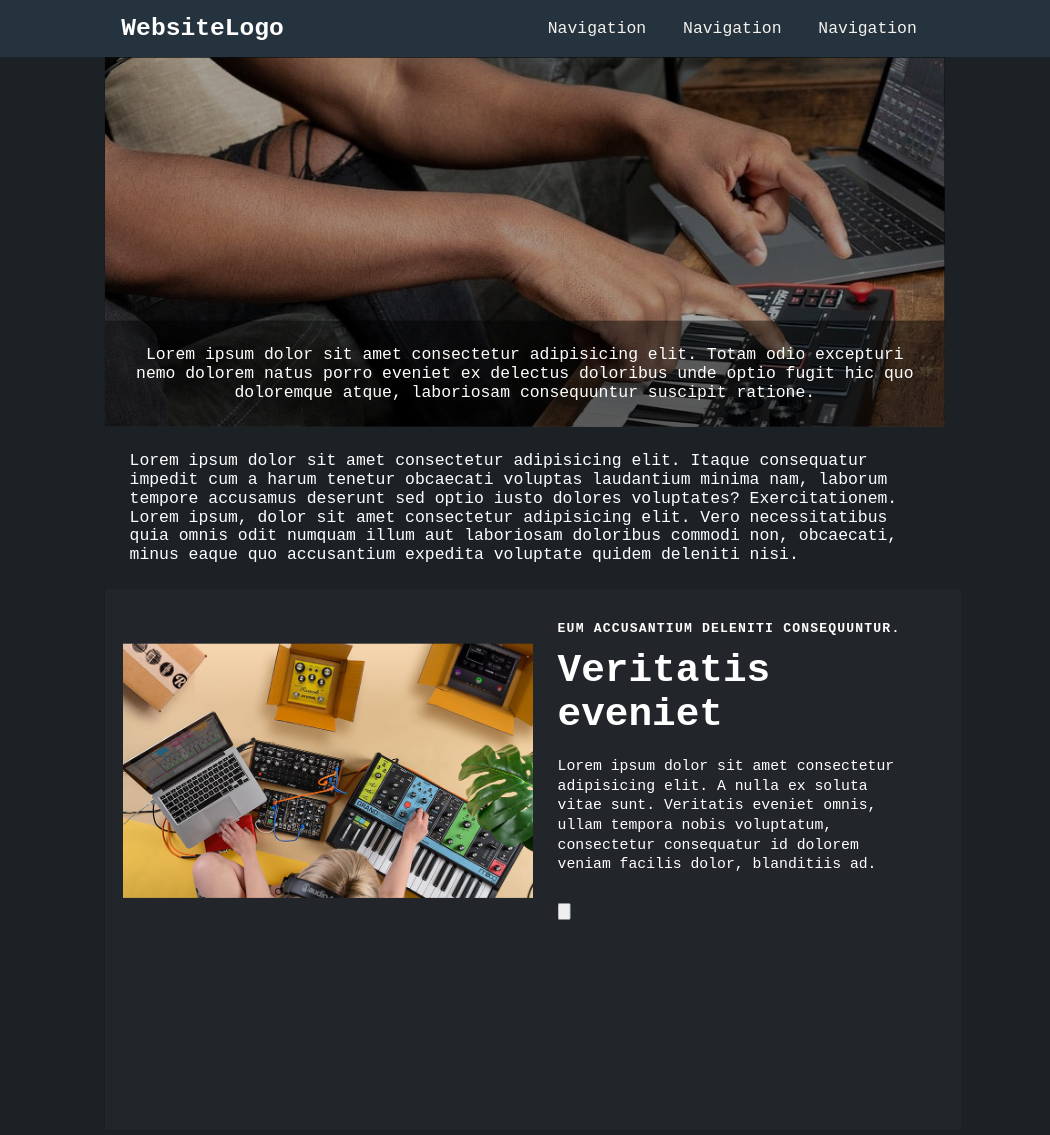
Repository: piotrokrutniak/Projekt-Studia
Page: index.html
An editor plug-in stored every save of this project. The page is shown before and after the next save, followed by the edit.
The browser window is 1280 px wide. The pictures show the whole page, at 82% of full size.

Above is the page before, as saved 2023-03-04 15:42:10.

### index.html
<!DOCTYPE html>
<head>
    <meta charset="UTF-8" />
    <meta http-equiv="X-UA-Compatible" content="IE=edge" />
    <meta name="viewport" content="width=device-width, initial-scale=1.0" />
    <link rel="stylesheet" type="text/css" href="styles.css" />
    <title>Website Title</title>
</head>
<body>
    <div class="navbar-container">
        <div class="navbar">
            <div class="logo">
                <div class="logo-contents">
                    WebsiteLogo
                </div>
            </div>
            <div class="navigation">
                <a href="/index" class="navigation-link">
                    <div class="navigation-button">
                        Navigation
                    </div>
                </a>
                <a href="/index" class="navigation-link">
                    <div class="navigation-button">
                        Navigation
                    </div>
                </a>
                <a href="/index" class="navigation-link">
                    <div class="navigation-button">
                        Navigation
                    </div>
                </a>
            </div>
        </div>
    </div>

    <div class="main-section">
        <div class="carousel-section">
            <img class="carousel-img" src="img/Hero-2.jpg" alt="MIDI controller on a table">
            <div class="carousel-desc">
                Lorem ipsum dolor sit amet consectetur adipisicing elit. Totam odio excepturi nemo dolorem natus porro eveniet ex delectus doloribus unde optio fugit hic quo doloremque atque, laboriosam consequuntur suscipit ratione.
            </div>
        </div>

        <div class="text-section">
        Lorem ipsum dolor sit amet consectetur adipisicing elit. Itaque consequatur impedit cum a harum tenetur obcaecati voluptas laudantium minima nam, laborum tempore accusamus deserunt sed optio iusto dolores voluptates? Exercitationem.
        Lorem ipsum, dolor sit amet consectetur adipisicing elit. Vero necessitatibus quia omnis odit numquam illum aut laboriosam doloribus commodi non, obcaecati, minus eaque quo accusantium expedita voluptate quidem deleniti nisi.
        </div>

        <div class="post-container">
            <div class="post-wrapper">
                <div class="info-row">
                    <div class="left-column">
                        <div class="text-wrapper">
                            <div class="top-text">Eum accusantium deleniti consequuntur.</div>
                            <div class="title">Veritatis eveniet</div>
                            <div class="subtitle">Lorem ipsum dolor sit amet consectetur adipisicing elit. A nulla ex soluta vitae sunt. Veritatis eveniet omnis, ullam tempora nobis voluptatum, consectetur consequatur id dolorem veniam facilis dolor, blanditiis ad.</div>
                            <div class="btn-wrap">
                                <input type="button" class="button">
                            </div>
                        </div>
                    </div>
                    <div class="right-column">
                        <div class="img-wrapper">
                            <img class="post-image" src="Img/Hero-1.jpg" alt="MIDI keyboard on a table.">
                        </div>
                    </div>
                </div>
            </div>
        </div>


    </div>
</body>

### styles.css
:root{
    --nav-link-width: 150px;
}

body{
    font-family: monospace;
    margin: 0;
    min-width: 328px;
    color: white;
    font-size: 14px;
    background: rgb(28, 33, 37);
}

.navbar-container{
    width: 100%;
    height: 70px;
    background: rgb(36, 51, 61);
    position: sticky;
    top: 0;
    max-width: 100%;
    overflow: hidden;
    z-index: 999;

}

.navbar{
    position: relative;
    max-width: 1024px;
    min-width: 328px;
    height: 50px;
    top: 0px;
    margin: auto;
    display: flex;
    flex-direction:row;
    justify-content: space-between;
    top: 50%;
    -ms-transform: translateY(-50%);
    transform: translateY(-50%);
    font-size: 20px;
}

a{
    text-decoration: none;
    color:rgba(245, 242, 238);
}

.navigation{
    display: grid;
    grid-template-columns: var(--nav-link-width) var(--nav-link-width) var(--nav-link-width);
    grid-gap: 15px;
    padding-right: 20px;
}

.navigation-link{
    position: relative;
    padding-left: 15px;
    padding-right: 15px;
    transition: 0.15s;
    transition-timing-function: ease-in-out;
    border: 1px solid;
    border-radius: 5px;
    border-color: rgba(255, 255, 255, 0);
}

.navigation-link:hover{
    border-color: rgba(255, 255, 255, 0.103);

}

.navigation-button{
    text-align: center;
    position: relative;
    top: 50%;
    -ms-transform: translateY(-50%);
    transform: translateY(-50%);
}

.logo{
    position: relative;
    height: 49px;
    padding-left: 20px;
    padding-right: 20px;
    font-weight: 900;
    font-size: 30px;
}

.logo-contents{
    text-align: center;
    position: relative;
    top: 50%;
    -ms-transform: translateY(-50%);
    transform: translateY(-50%);
}

.main-section{
    position: relative;
    max-width: 1024px;
    min-width: 328px;
    min-height: calc(100vh - 70px);
    margin: auto;
    font-size: 20px;
    background: rgb(28, 33, 37);
}

.carousel-section{
    position: relative;
    width: 100%;
    height: 450px;
    background: floralwhite;
}

@media screen and (max-width:750px){
    .carousel-section{
        min-height: 300px;
        height: auto;
    }
}

.carousel-section{
    background: black;
    max-width: 100%;
    width: 100%;
    text-align:center;
    position: sticky;
    margin: auto;
    max-height:calc(100vh - 80px);
    min-height: 250px;
    overflow: hidden;
}

.carousel-img{
    width: 100%;
    max-height:calc(100vh - 80px);
    display: flex;
    position: sticky;
    flex-shrink:0;
    object-fit:cover;
    min-height: 250px;
    object-fit: cover;
    opacity: 0.65;
}

.carousel-desc{
    position: absolute;
    bottom: 0px;
    width: calc(100% - 60px);
    max-width: 100%;
    background: rgba(0, 0, 0, 0.459);
    max-height: 20%;
    min-height: 50px;
    max-width: 1024px;
    min-width: 328px;
    padding: 30px;
}

.text-section{
    padding: 30px;
}

.post-container{
    color: white;
    max-width: 100%;
    /*
    background: ${({lightBg}) => (lightBg ? 'rgba(60,60,60,0.2)': '#f9f9f9')};
    */
    background: rgba(60,60,60,0.2);
    margin: auto;
    padding-top:20px;
    border-left: transparent solid 10px;
    border-right: transparent solid 10px;
    width: 100%;
}

.post-wrapper{
    display: grid;
    z-index:1;
    min-height:calc(100vh - 80px);
    width: 100%;
    max-width:100%;
    max-height: 400px;
    margin-right:auto;
    margin-left:auto;
    justify-content:center;
}

@media screen and (min-width:1023px){
    .post-wrapper{
    max-width:1000px;
    }
}

.info-row{
    display:grid;
    grid-auto-columns:minmax(358px,1fr);
    align-items:center;
    grid-template-areas: 'RightColumn LeftColumn';
    /*
    grid-template-areas: ${({imgStart})=>(imgStart ? `'RightColumn LeftColumn'`:`'LeftColumn RightColumn'`)};
    */
    min-height: 100px;
    max-height: 400px;

}

@media screen and (max-width:1023px){
    .info-row{
    /*
    grid-template-areas: ${({imgStart})=>(imgStart ? `'RightColumn' 'LeftColumn'`:`'RightColumn' 'LeftColumn'`)};
    */

    max-width:600px;
    margin: auto;
    }
}

.left-column{
    margin-bottom:15px;
    border-top: 20px solid transparent;
    max-width: 100%;
    grid-area: LeftColumn;
    display: flex;
    flex-direction: column;
    align-items: center;
    border-left: solid 30px transparent;
}

@media screen and (max-width: 760px){
    .left-column{
    border-left: solid 0px transparent;
    }
}

.right-column{
    margin-bottom:15px;
    max-width: 100%;
    grid-area: RightColumn;
    display: flex;
    flex-direction: column;
    justify-items:center;
    align-items: center;
    margin: auto;
}

@media screen and (max-width: 760px){
    .right-column{
        padding: 0 0 !important;
    }
}

.text-wrapper{
    max-width: 540px;
    padding-top:0;
    padding-bottom:5px;
}

.top-text{
    color: white;
    font-size:16px;
    font-weight:700;
    letter-spacing:1.4px;
    text-transform:uppercase;
    margin-bottom:16px;
    /*
    color: ${({darkText}) => (darkText ? 'white' : 'Black')};
    */
}

.title{
    margin-bottom:24px;
    font-size:48px;
    line-height:1.1;
    font-weight:600;
    color: white;
}

@media screen and (max-width:480px){
    .title{
        font-size:32px;
    }
}

.subtitle{
    max-width:440px;
    margin-bottom:35px;
    font-size: 18px;
    line-height: 24px;
    color: white;
}

.image-wrapper{
    width: 100%;
    max-width: 100%;
    max-height:600px;
    object-fit:cover;
    min-height: 250px;
    position: relative;
    object-fit: cover;
}

.post-image{
    position: relative;
    display: flex;
    flex-shrink: 0;
    object-fit: cover;
    max-width:100%;
    height: 100%;
    padding-right: 0;
    max-height:600px;
    padding-bottom: 0px;
}

.btn-wrap{
    display:flex;
    justify-content: flex-start;
}

.post-button{
    min-width: 100px;
    background-color: rgb(36, 185, 185);
    border: 1px solid rgba(255, 255, 255, 0.418);
    border-radius: 5px;
    height: 30px;
}

After the next save:
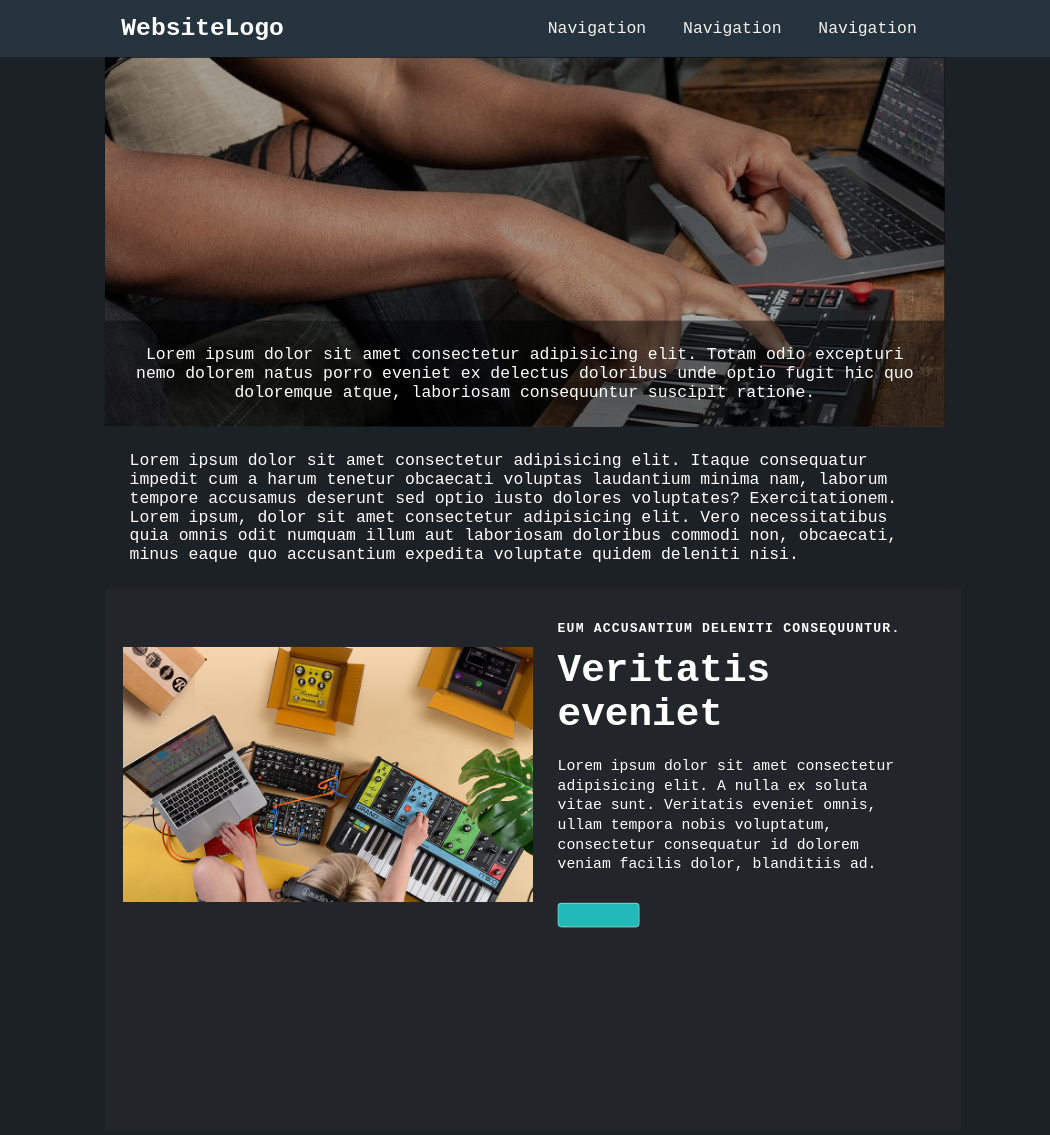
Saved 5 s later.
--- a/index.html
+++ b/index.html
@@ -56,7 +56,7 @@
                             <div class="title">Veritatis eveniet</div>
                             <div class="subtitle">Lorem ipsum dolor sit amet consectetur adipisicing elit. A nulla ex soluta vitae sunt. Veritatis eveniet omnis, ullam tempora nobis voluptatum, consectetur consequatur id dolorem veniam facilis dolor, blanditiis ad.</div>
                             <div class="btn-wrap">
-                                <input type="button" class="button">
+                                <input type="button" class="post-button">
                             </div>
                         </div>
                     </div>
